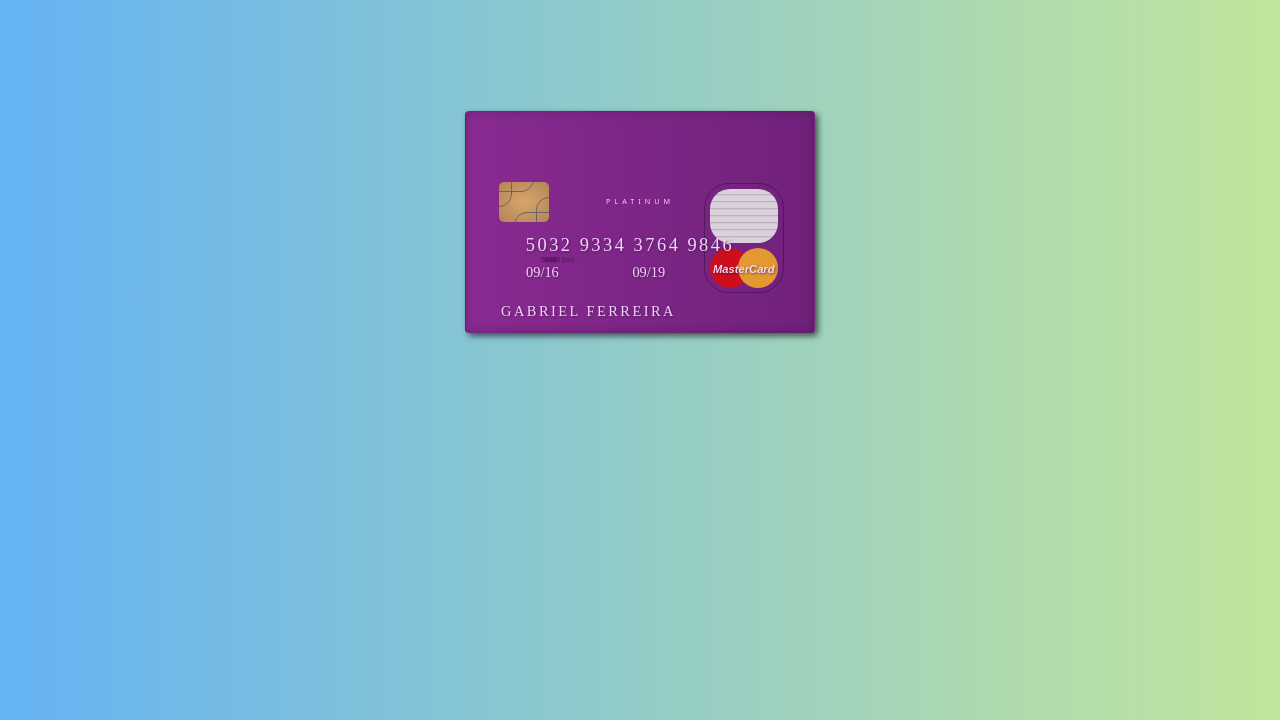
Repository: DilunVass/Car_Rental_System
Page: http://localhost/Online_Vehicle_Rental_System/AllCards.jsp
An editor plug-in stored every save of this project. The page is shown before and after the next save, followed by the edit.
The browser window is 1280 px wide. The pictures show the whole page.
The page is served by Tomcat 9. Nobody is signed in. The application's start-up code is not run. Other server files are loaded and not shown. Queries for data that is not in the repository find no rows.

Above is the page before, as saved 2023-10-23 09:46:57.

### online_car_rentel/Online_Vehicle_Rental_System/src/main/webapp/AllCards.jsp
<%@ page language="java" contentType="text/html; charset=UTF-8"
    pageEncoding="UTF-8"%>
     <%@taglib prefix="c" uri="http://java.sun.com/jsp/jstl/core"%>

	 <%@page import="java.sql.*"%>
	 <%@ page import="com.PaymentCard.*, java.util.*, java.io.*" %>
<!DOCTYPE html>
<html>
<head>
<link rel="stylesheet" href="css/userAccount.css">
 <link rel= "stylesheet" href="https://cdn.jsdelivr.net/npm/bootstrap@5.0.0-alpha1/dist/css/bootstrap.min.css">

<meta charset="UTF-8">
<title>User Saved Cards</title>
</head>
<body>
<% String val = request.getParameter("cusId"); %>

	<%
		try{
			Class.forName("com.mysql.jdbc.Driver");
			String url="jdbc:mysql://localhost/Online_vehicle_rental_system";
			String username="root";
			String password="bhtd1996213";
			Connection conn=DriverManager.getConnection(url,username,password);
			Statement stmt=conn.createStatement();

			String sql = "SELECT * FROM cards where cusId = '"+val+"'";
			ResultSet rs=stmt.executeQuery(sql);
			while(rs.next()){

				%>
					   <div class="card">
					   <figure class="card__figure">
						    <img src="" class="card__figure--logo"></img>
						  </figure>
						<div class="card__reader">
						  <div class="card__reader--risk card__reader--risk-one"></div>
						  <div class="card__reader--risk card__reader--risk-two"></div>
						   <div class="card__reader--risk card__reader--risk-three"></div>
						  <div class="card__reader--risk card__reader--risk-four"></div>
						</div>
					   <p class="card__number"><%=rs.getString(4) %></p>
						<div class="card__dates">
						  <span class="card__dates--first"><%=rs.getString(5) %></span>
						  <span class="card__dates--second"><%=rs.getString(6) %></span>
						</div>
						<p class="card__name"><%=rs.getString(3) %><p>


						</div>
                <%

					}

				%>
				<%
				   	rs.close();
			    	stmt.close();
			    	conn.close();

                }

                catch(Exception e){
                	e.printStackTrace();
                }

                %>
	 <div class="card">
			  <figure class="card__figure">
			    <img src="" class="card__figure--logo"></img>
			  </figure>
			<div class="card__reader">
			  <div class="card__reader--risk card__reader--risk-one"></div>
			  <div class="card__reader--risk card__reader--risk-two"></div>
			   <div class="card__reader--risk card__reader--risk-three"></div>
			  <div class="card__reader--risk card__reader--risk-four"></div>
			</div>

			<p class="card__number">5032 9334 3764 9846</p>
			<div class="card__dates">
			  <span class="card__dates--first">09/16</span>
			  <span class="card__dates--second">09/19</span>
			</div>
			<p class="card__name">GABRIEL FERREIRA<p>
			<div class="card__flag">
			  <div class="card__flag--globe"></div>
			  <div class="card__flag--red"></div>
			   <div class="card__flag--yellow"></div>
			</div>
	</div>

	<br>
	<br>


</body>
</html>

### online_car_rentel/Online_Vehicle_Rental_System/src/main/webapp/css/userAccount.css
body {
    background: rgb(99, 39, 120)
}

.form-control:focus {
    box-shadow: none;
    border-color: #BA68C8
}

.profile-button {
    background: rgb(99, 39, 120);
    box-shadow: none;
    border: none
}

.profile-button:hover {
    background: #682773
}

.profile-button:focus {
    background: #682773;
    box-shadow: none
}

.profile-button:active {
    background: #682773;
    box-shadow: none
}

.back:hover {
    color: #682773;
    cursor: pointer
}

.labels {
    font-size: 11px
}

.add-experience:hover {
    background: #BA68C8;
    color: #fff;
    cursor: pointer;
    border: solid 1px #BA68C8
}

:root {
  --purple: #892a92;
  --purple2: #70217a;
  --white: #f6d3fd;
  --height: 222px;
  --width: 350px;
  --font: "Overpass Mono", monospaced;
  --masterFont: "Raleway", sans-serif;
}

body {
  --baseColor: #c2e59c;
  overflow: hidden;
  margin: 0;
  padding: 0;
  background: var(--baseColor);
  background: linear-gradient(to right, #64b3f4, var(--baseColor));
}

.card {
  --heightCalc: -calc((var(--height) / 2) - 10px);
  --widthCalc: calc(var(--width) / 2);
  height: var(--height);
  width: var(--width);
  min-width: var(--width);
  background: linear-gradient(90deg, var(--purple), var(--purple2));
  border-radius: 10px;
  box-shadow: inset 0 0 10px rgba(0, 0, 0, 0.2);
  margin: 10px auto;
  position: relative;
  filter: drop-shadow(3px 3px 3px rgba(0, 0, 0, 0.6));
  transform: translateY(calc(50% - 10px));
}

.card__figure {
  position: relative;
  height: 40px;
  margin: 0;
}

.card__figure::after {
  content: "PLATINUM";
  font-size: 0.45em;
  letter-spacing: 4px;
  color: var(--white);
  position: absolute;
  width: 100%;
  text-align: center;
  bottom: calc(-100% - 15px);
}

.card__figure--logo {
  --widthLogo: 130px;
  width: var(--widthLogo);
  position: absolute;
  right: 50%;
  transform: translate(calc(var(--widthLogo) / 2), 20px);
}

.card__reader {
  width: 50px;
  height: 40px;
  background: radial-gradient(#d9a56c, #b18457);
  border-radius: 5px;
  position: absolute;
  top: 50%;
  transform: translate(33px, -40px);
  overflow: hidden;
}

.card__reader--risk {
  width: 50px;
  height: 40px;
  border-radius: 13px;
  background: transparent;
  border: 1px solid #666;
  position: absolute;
  z-index: 0;
}

.card__reader--risk-one {
  transform: translate(37px, 15px);
}

.card__reader--risk-two {
  transform: translate(15px, 30px);
}

.card__reader--risk-three {
  transform: translate(-37px, -15px);
}

.card__reader--risk-four {
  transform: translate(-15px, -30px);
}

.card__number {
  font-family: var(--font);
  font-size: 1.15em;
  font-weight: normal;
  color: var(--white);
  letter-spacing: 2.5px;
  text-align: center;
  margin-left: -20px;
  margin-top: 80px;
  z-index: 1;
  position: relative;
  filter: drop-shadow(1px 1px 1px rgba(0, 0, 0, 0.3));
}

.card__number::before,
.card__number::after {
  font-family: Arial;
  color: rgba(0, 0, 0, 0.4);
  font-size: 0.4em;
  position: absolute;
  letter-spacing: 0px;
}

.card__number::before {
  content: "5032";
  transform: translate(15px, 22px);
}

.card__number::after {
  content: "Valid thru";
  width: 80px;
  transform: translate(-215px, 22px);
}

.card__dates {
  position: absolute;
  width: 40%;
  font-size: 0.9em;
  display: flex;
  justify-content: space-between;
  color: var(--white);
  font-family: var(--font);
  bottom: 22%;
  transform: translate(60px, 0px);
}

.card__dates span {
  filter: drop-shadow(1px 1px 1px rgba(0, 0, 0, 0.3));
}

.card__name {
  font-family: var(--font);
  font-size: 0.9em;
  font-weight: normal;
  color: var(--white);
  letter-spacing: 2.5px;
  transform: translate(35px, 25px);
  position: relative;
  filter: drop-shadow(1px 1px 1px rgba(0, 0, 0, 0.3));
}

.card__flag {
  right: 30px;
  top: 45%;
  border-radius: 25px;
  transform: translate(0, -28px);
  position: absolute;
  height: 110px;
  width: 80px;
  border: 1px solid rgba(0, 0, 0, 0.3);
}

.card__flag--globe {
  --margin: 5px;
  width: calc(100% - (var(--margin) * 2));
  background-color: #b7b2b8;
  height: 50%;
  border-radius: 20px;
  margin: var(--margin);
  background: repeating-linear-gradient(
    0deg,
    #dbd1dc,
    #dbd1dc 5px,
    #b2aab5 7px,
    #b2aab5 5px
  );
}

.card__flag--globe::after,
.card__flag--globe::before {
  content: "\f0ac";
  font-family: FontAwesome;
  color: rgba(0, 0, 0, 0.2);
  font-size: 3em;
  top: 6px;
  left: 2px;
  position: absolute;
}

.card__flag--globe::after {
  transform: translateX(10px);
}

.card__flag--globe::before {
  transform: translateX(25px);
}

.card__flag--red {
  position: absolute;
  left: 5px;
  width: 40px;
  height: 40px;
  border-radius: 50%;
  background-color: #ce0e1d;
}

.card__flag--yellow {
  position: absolute;
  right: 5px;
  width: 40px;
  height: 40px;
  border-radius: 50%;
  background-color: #e39833;
}

.card__flag--yellow::after {
  content: "MasterCard";
  position: absolute;
  font-size: 0.7em;
  top: 50%;
  transform: translate(-25px, -7px);
  font-family: var(--masterFont);
  font-style: italic;
  font-weight: 800;
  color: var(--white);
  filter: drop-shadow(1px 1px 1px rgba(0, 0, 0, 0.5));
}

.assign {
  text-align: center;
  margin-top: 113px;
  font-family: var(--masterFont);
  color: #fff;
  font-size: 0.8em;
  filter: drop-shadow(1px 1px 1px rgba(0, 0, 0, 0.3));
}

.assign a {
  text-decoration: none;
  font-weight: 700;
  color: #fff;
}

.assign a::hover {
  color: var(--purple);
}

After the next save:
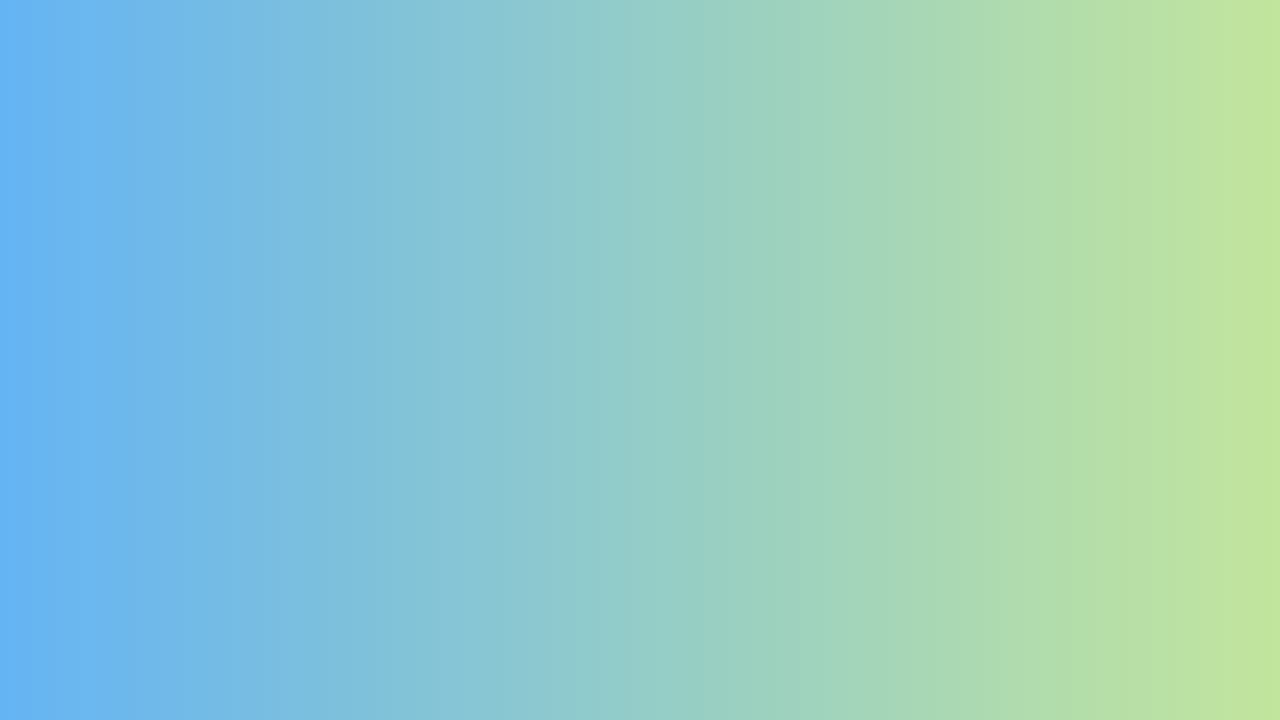
Saved 11 min 54 s later.
--- a/online_car_rentel/Online_Vehicle_Rental_System/src/main/webapp/AllCards.jsp
+++ b/online_car_rentel/Online_Vehicle_Rental_System/src/main/webapp/AllCards.jsp
@@ -66,29 +66,6 @@
                 }
 
                 %>
-	 <div class="card">
-			  <figure class="card__figure">
-			    <img src="" class="card__figure--logo"></img>
-			  </figure>
-			<div class="card__reader">
-			  <div class="card__reader--risk card__reader--risk-one"></div>
-			  <div class="card__reader--risk card__reader--risk-two"></div>
-			   <div class="card__reader--risk card__reader--risk-three"></div>
-			  <div class="card__reader--risk card__reader--risk-four"></div>
-			</div>
-
-			<p class="card__number">5032 9334 3764 9846</p>
-			<div class="card__dates">
-			  <span class="card__dates--first">09/16</span>
-			  <span class="card__dates--second">09/19</span>
-			</div>
-			<p class="card__name">GABRIEL FERREIRA<p>
-			<div class="card__flag">
-			  <div class="card__flag--globe"></div>
-			  <div class="card__flag--red"></div>
-			   <div class="card__flag--yellow"></div>
-			</div>
-	</div>
 
 	<br>
 	<br>
